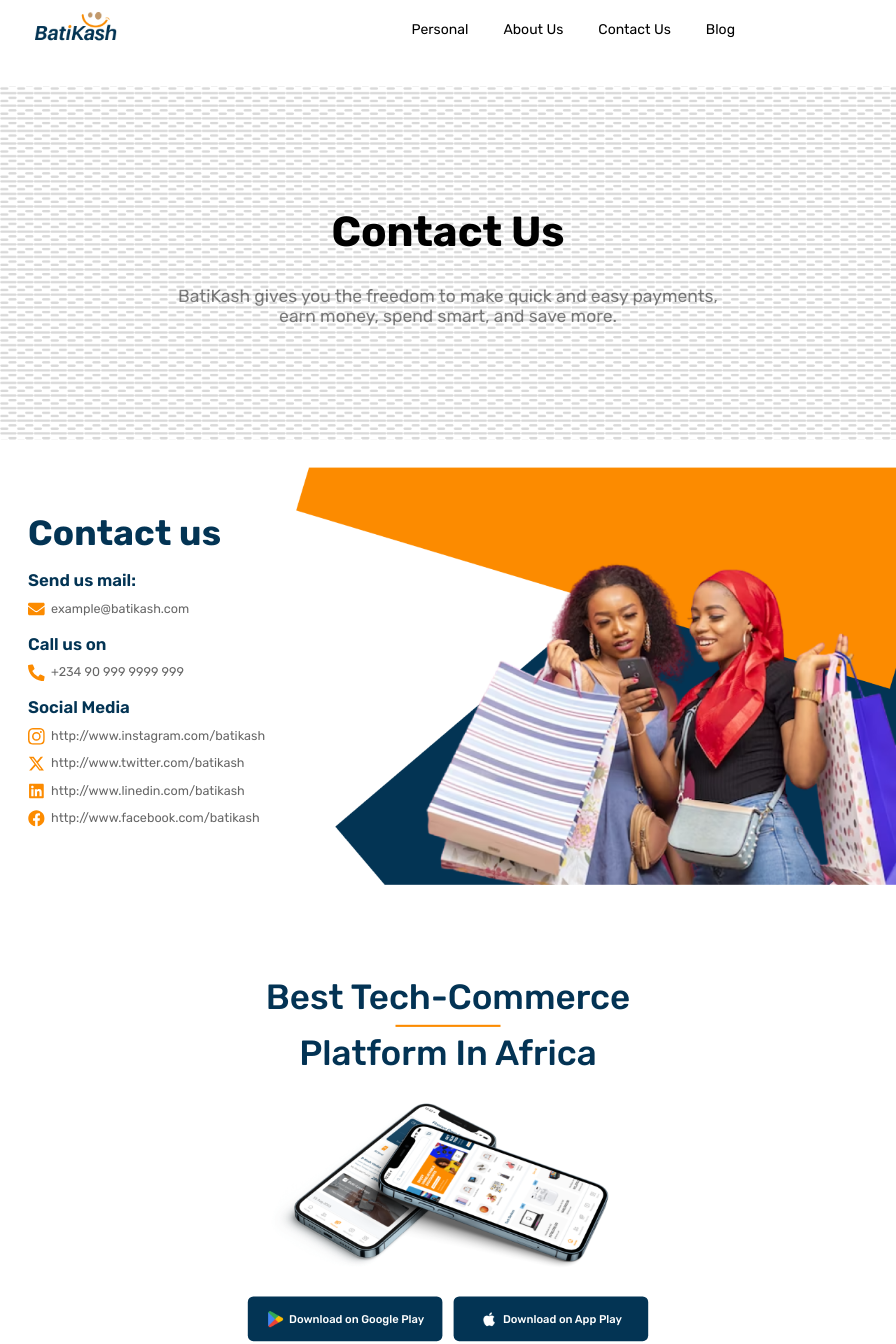
Repository: Batikashdev/batikash-website
Page: /contact
These files come from the project's save history. The page is drawn as it stood at one moment and after the next save; the edit follows.
The browser window is 1280 px wide. The pictures show the part of the page from y = 0 to 1920 px (the page is 2698 px tall), at 70% of full size.
The project was rebuilt for these pictures with package versions that can differ from the ones it lists, and the page was loaded fresh each time. Also part of the build but not shown: vite.config.js, src/App.css, src/pages/About.jsx, src/components/blog/blog.scss, src/components/blog/BlogPost.jsx, src/components/blog/Frame1.jsx, src/components/blog/dummydate.js, src/pages/Blog.jsx and 7 more.

Above is the page before, as saved 2024-06-22 16:44:10.

After the next save:
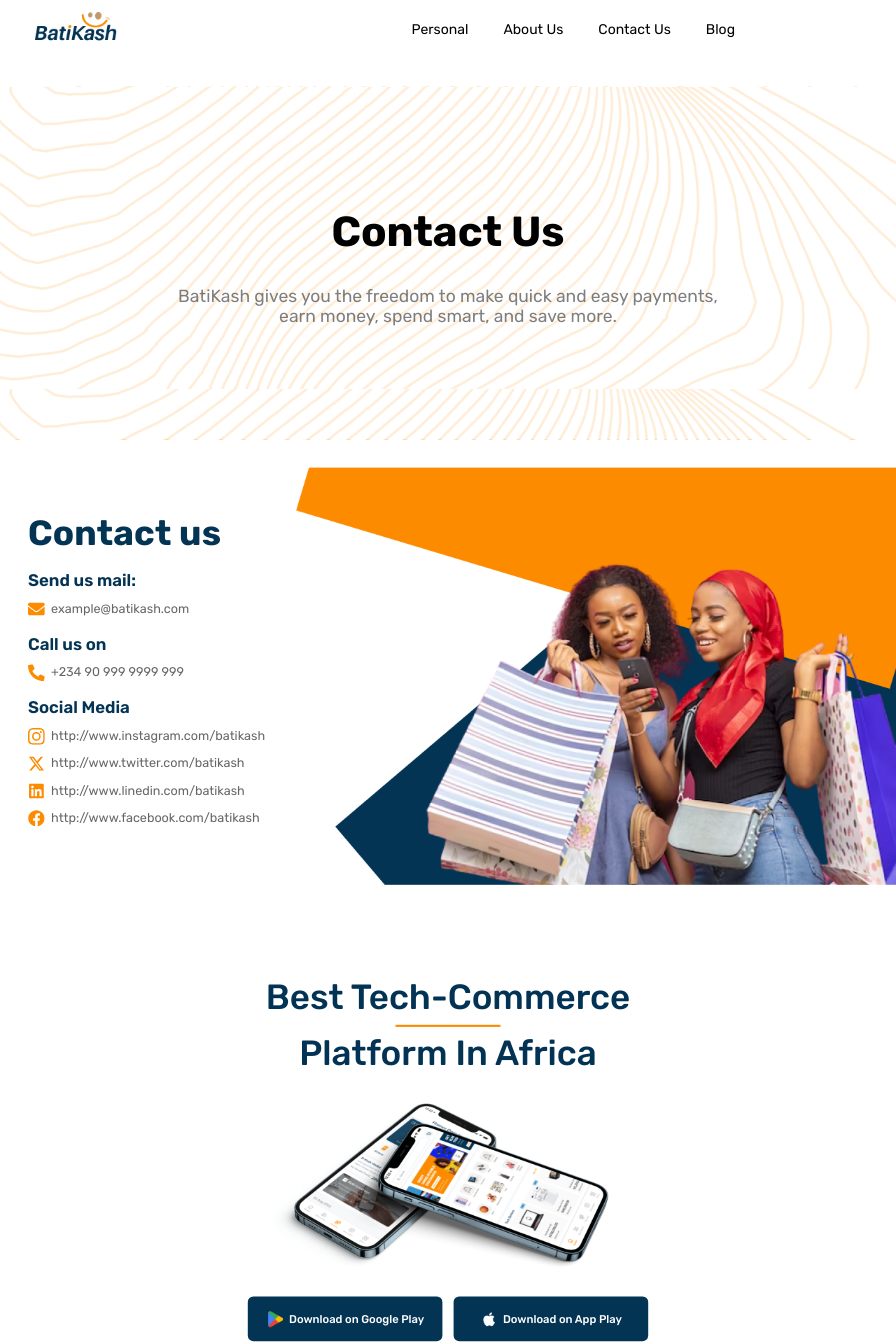
Saved 10 min 59 s later.
--- a/src/components/contact/contact.scss
+++ b/src/components/contact/contact.scss
@@ -1,6 +1,6 @@
 .contact_wrapper {
     margin-top: 40px;
-    background: url("../../assets/Vector (1).png");
+    background: url("../../assets/Vector.png");
     height: 70vh;
 
     h1,h2,p {
